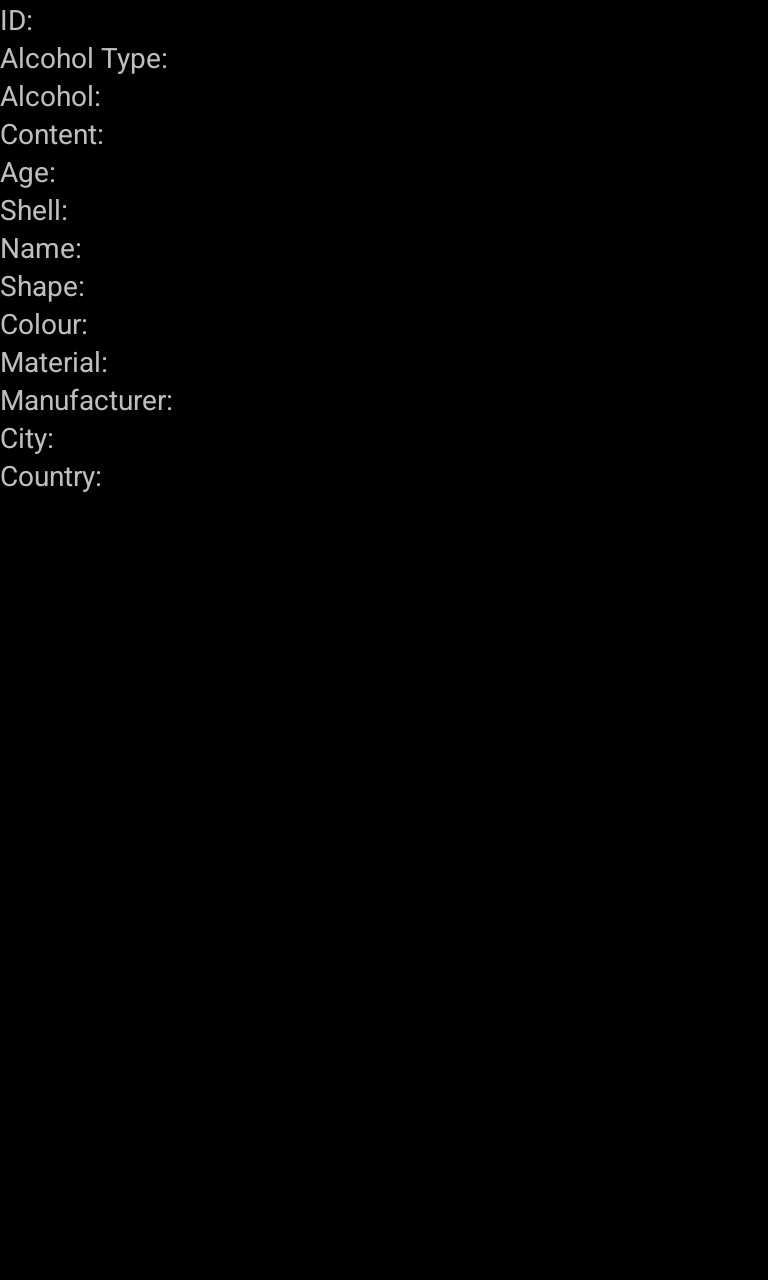
Repository: blagozlatev/Search-Rater
Layout: Catalog-Android-Client/res/layout/show_bottle_layout.xml
These files come from the project's save history. The layout is drawn as it stood at one moment and after a run of saves; the edit follows.
It is drawn on a 768 x 1280 px phone screen (xhdpi) without system bars, with theme android:Theme; the app's code is not run.

Above is the layout before, as saved 2013-03-17 06:48:33.

### Catalog-Android-Client/res/layout/show_bottle_layout.xml
<?xml version="1.0" encoding="utf-8"?>
<ScrollView xmlns:android="http://schemas.android.com/apk/res/android"
    xmlns:tools="http://schemas.android.com/tools"
    android:layout_width="match_parent"
    android:layout_height="match_parent"
    android:orientation="vertical" >

    <TableLayout
        android:layout_width="match_parent"
        android:layout_height="wrap_content"
        android:orientation="vertical"
        android:shrinkColumns="0"
        tools:ignore="SelectableText" >

        <TableRow
            android:layout_width="match_parent"
            android:layout_height="wrap_content" >

            <TextView
                android:layout_width="wrap_content"
                android:layout_height="wrap_content"
                android:text="@string/id_" />

            <TextView
                android:id="@+id/txtViewId"
                android:layout_width="match_parent"
                android:layout_height="wrap_content"
                android:textColor="#528B8B" />
        </TableRow>

        <TableRow
            android:layout_width="match_parent"
            android:layout_height="wrap_content" >

            <TextView
                android:layout_width="wrap_content"
                android:layout_height="wrap_content"
                android:text="@string/alcohol_type_" />

            <TextView
                android:id="@+id/txtViewAlcoholType"
                android:layout_width="match_parent"
                android:layout_height="wrap_content" />
        </TableRow>

        <TableRow
            android:layout_width="match_parent"
            android:layout_height="wrap_content" >

            <TextView
                android:layout_width="wrap_content"
                android:layout_height="wrap_content"
                android:text="@string/alcohol_" />

            <TextView
                android:id="@+id/txtViewAlcohol"
                android:layout_width="match_parent"
                android:layout_height="wrap_content" />
        </TableRow>

        <TableRow
            android:layout_width="match_parent"
            android:layout_height="wrap_content" >

            <TextView
                android:layout_width="wrap_content"
                android:layout_height="wrap_content"
                android:text="@string/content_" />

            <TextView
                android:id="@+id/txtViewContent"
                android:layout_width="match_parent"
                android:layout_height="wrap_content" />
        </TableRow>

        <TableRow
            android:layout_width="match_parent"
            android:layout_height="wrap_content" >

            <TextView
                android:layout_width="wrap_content"
                android:layout_height="wrap_content"
                android:text="@string/age_" />

            <TextView
                android:id="@+id/txtViewAge"
                android:layout_width="match_parent"
                android:layout_height="wrap_content" />
        </TableRow>

        <TableRow
            android:layout_width="match_parent"
            android:layout_height="wrap_content" >

            <TextView
                android:layout_width="wrap_content"
                android:layout_height="wrap_content"
                android:text="@string/shell_" />

            <TextView
                android:id="@+id/txtViewShell"
                android:layout_width="match_parent"
                android:layout_height="wrap_content" />
        </TableRow>

        <TableRow
            android:layout_width="match_parent"
            android:layout_height="wrap_content" >

            <TextView
                android:layout_width="wrap_content"
                android:layout_height="wrap_content"
                android:text="@string/name_" />

            <TextView
                android:id="@+id/txtViewName"
                android:layout_width="match_parent"
                android:layout_height="wrap_content" />
        </TableRow>

        <TableRow
            android:layout_width="match_parent"
            android:layout_height="wrap_content" >

            <TextView
                android:layout_width="wrap_content"
                android:layout_height="wrap_content"
                android:text="@string/shape_" />

            <TextView
                android:id="@+id/txtViewShape"
                android:layout_width="match_parent"
                android:layout_height="wrap_content" />
        </TableRow>

        <TableRow
            android:layout_width="match_parent"
            android:layout_height="wrap_content" >

            <TextView
                android:layout_width="wrap_content"
                android:layout_height="wrap_content"
                android:text="@string/colour_" />

            <TextView
                android:id="@+id/txtViewColour"
                android:layout_width="match_parent"
                android:layout_height="wrap_content" />
        </TableRow>

        <TableRow
            android:layout_width="match_parent"
            android:layout_height="wrap_content" >

            <TextView
                android:layout_width="wrap_content"
                android:layout_height="wrap_content"
                android:text="@string/material_" />

            <TextView
                android:id="@+id/txtViewMaterial"
                android:layout_width="match_parent"
                android:layout_height="wrap_content" />
        </TableRow>

        <TableRow
            android:layout_width="match_parent"
            android:layout_height="wrap_content" >

                        <TextView
                android:layout_width="wrap_content"
                android:layout_height="wrap_content"
                android:text="@string/manufacturer_" />


            <TextView
                android:id="@+id/txtViewManufacturer"
                android:layout_width="match_parent"
                android:layout_height="wrap_content" />
        </TableRow>

        <TableRow
            android:layout_width="match_parent"
            android:layout_height="wrap_content" >

                        <TextView
                android:layout_width="wrap_content"
                android:layout_height="wrap_content"
                android:text="@string/city_" />


            <TextView
                android:id="@+id/txtViewCity"
                android:layout_width="match_parent"
                android:layout_height="wrap_content" />
        </TableRow>

        <TableRow
            android:layout_width="match_parent"
            android:layout_height="wrap_content" >

                        <TextView
                android:layout_width="wrap_content"
                android:layout_height="wrap_content"
                android:text="@string/country_" />

            <TextView
                android:id="@+id/txtViewCountry"
                android:layout_width="match_parent"
                android:layout_height="wrap_content" />
        </TableRow>

        <TableRow
            android:layout_width="match_parent"
            android:layout_height="wrap_content" >

            <TextView
                android:id="@+id/txtViewNote"
                android:layout_width="match_parent"
                android:layout_height="wrap_content"
                android:scrollHorizontally="false"
                android:singleLine="false" />
        </TableRow>

        <TableRow
            android:layout_width="match_parent"
            android:layout_height="wrap_content" >

            <TextView
                android:id="@+id/txtViewContinent"
                android:layout_width="match_parent"
                android:layout_height="wrap_content" />
        </TableRow>

        <ImageView
            android:id="@+id/imgShowBottleImage"
            android:layout_width="match_parent"
            android:layout_height="match_parent"
            android:adjustViewBounds="true"
            android:contentDescription="@string/bottle_image"
            android:scaleType="centerInside" />
    </TableLayout>

</ScrollView>

### Catalog-Android-Client/res/values/strings.xml
<resources>

    <string name="app_name">Miniature Bottles</string>
    <string name="add_bottle">Add Bottle</string>
    <string name="show_bottle">Show Bottle</string>
    <string name="show_all_bottles">Show All Bottles</string>
    <string name="select_image">Select Image</string>
    <string name="continent">Continent</string>
    <string name="note">Note</string>
    <string name="manufacturer">Manufacturer</string>
    <string name="country">Country</string>
    <string name="city">City</string>
    <string name="material">Material</string>
    <string name="colour">Colour</string>
    <string name="shape">Shape</string>
    <string name="name">Name</string>
    <string name="shell">Shell</string>
    <string name="age">Age</string>
    <string name="content">Content</string>
    <string name="alcohol">Alcohol</string>
    <string name="alcohol_type">Alcohol Type</string>
    <string name="id">ID</string>
    <string name="bottle_image">Bottle Image</string>
    <string name="send_bottle">Send Bottle</string>
    <string name="clear_fields">Clear Fields</string>
    <string name="zero">0</string>
    <string name="one">1</string>
    <string name="url_web_app">http://bottlewebapp.apphb.com/Serialized/Post</string>
    <string name="error">Error!</string>
    <string name="parse_error_message">Age or ID is not a number!</string>
    <string name="ok">OK</string>
    <string name="server_error">Server Error!</string>
    <string name="bottle_add_failed">Bottle was NOT added successfully!</string>
    <string name="add_successful">Successful!</string>
    <string name="bottle_add_succeed">Bottle was added successfully!</string>
    <string name="sending">Sending!</string>
    <string name="sending_message">Sending to server!</string>
    <string name="select_image_intent_type">image/*</string>
    <string name="cancel">Cancel</string>
    <string name="enter_bottle_id">Enter bottle ID!</string>
    <string name="please_enter_bottle_id">Please enter bottle ID.</string>
    <string name="please_wait">Please wait!</string>
    <string name="getting_bottle_info">Getting bottle info!</string>
    <string name="url_get_bottle">http://bottlewebapp.apphb.com/Serialized/Index/</string>
    <string name="url_get_bottle_image">http://bottlewebapp.apphb.com/Serialized/GetImageBase/</string>
    <string name="bottleid">BottleID</string>
    <string name="no_bottle">No bottle was get.</string>
    <string name="id_">"ID: "</string>
    <string name="alcohol_type_">"Alcohol Type: "</string>
    <string name="alcohol_">"Alcohol: "</string>
    <string name="content_">"Content: "</string>
    <string name="age_">"Age: "</string>
    <string name="shell_">"Shell: "</string>
    <string name="name_">"Name: "</string>
    <string name="shape_">"Shape: "</string>
    <string name="colour_">"Colour: "</string>
    <string name="material_">"Material: "</string>
    <string name="manufacturer_">"Manufacturer: "</string>
    <string name="city_">"City: "</string>
    <string name="country_">"Country: "</string>
    <string name="note_">"Note: "</string>
    <string name="continent_">"Continent: "</string>

</resources>

After the next 2 saves:
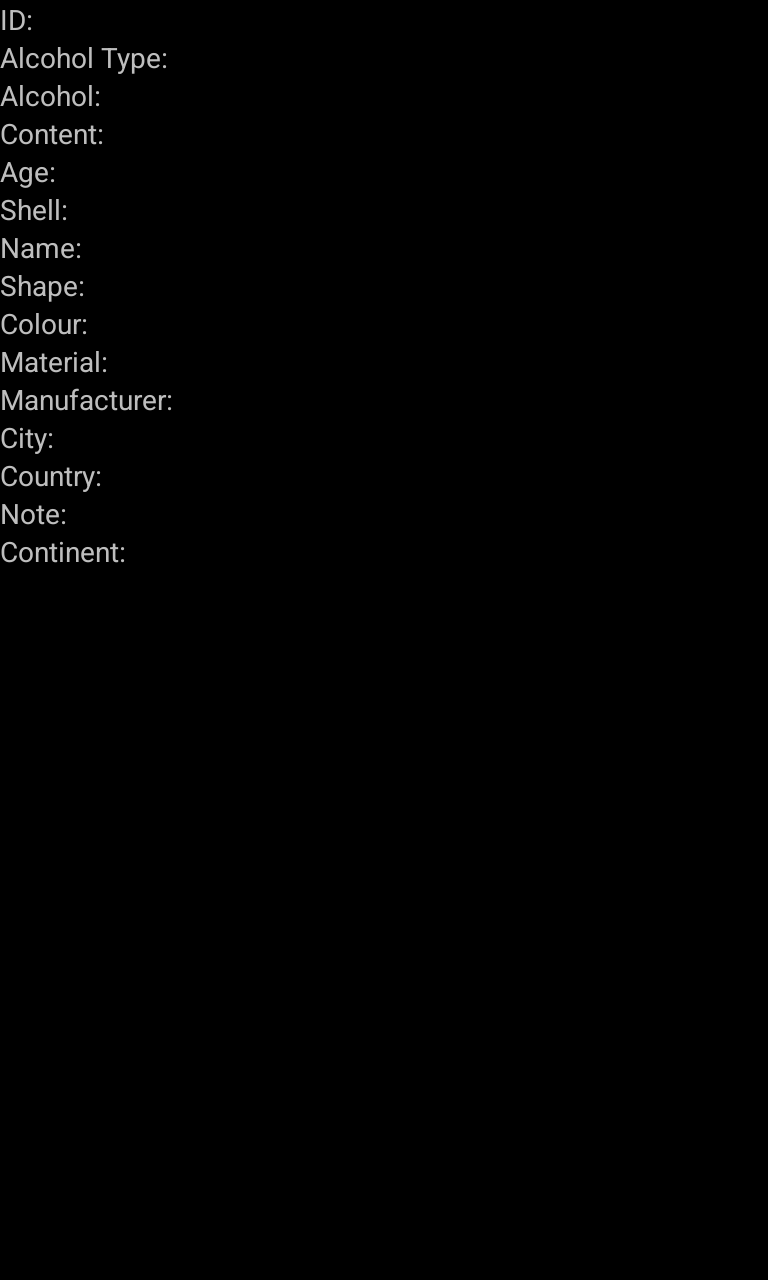
The 2 saves are shown as one change because they came seconds apart.
The last was saved 3 s later.
--- a/Catalog-Android-Client/res/layout/show_bottle_layout.xml
+++ b/Catalog-Android-Client/res/layout/show_bottle_layout.xml
@@ -167,12 +167,11 @@
             android:layout_width="match_parent"
             android:layout_height="wrap_content" >
 
-                        <TextView
+            <TextView
                 android:layout_width="wrap_content"
                 android:layout_height="wrap_content"
                 android:text="@string/manufacturer_" />
 
-
             <TextView
                 android:id="@+id/txtViewManufacturer"
                 android:layout_width="match_parent"
@@ -183,12 +182,11 @@
             android:layout_width="match_parent"
             android:layout_height="wrap_content" >
 
-                        <TextView
+            <TextView
                 android:layout_width="wrap_content"
                 android:layout_height="wrap_content"
                 android:text="@string/city_" />
 
-
             <TextView
                 android:id="@+id/txtViewCity"
                 android:layout_width="match_parent"
@@ -199,7 +197,7 @@
             android:layout_width="match_parent"
             android:layout_height="wrap_content" >
 
-                        <TextView
+            <TextView
                 android:layout_width="wrap_content"
                 android:layout_height="wrap_content"
                 android:text="@string/country_" />
@@ -213,6 +211,11 @@
         <TableRow
             android:layout_width="match_parent"
             android:layout_height="wrap_content" >
+
+            <TextView
+                android:layout_width="wrap_content"
+                android:layout_height="wrap_content"
+                android:text="@string/note_" />
 
             <TextView
                 android:id="@+id/txtViewNote"
@@ -225,6 +228,11 @@
         <TableRow
             android:layout_width="match_parent"
             android:layout_height="wrap_content" >
+
+            <TextView
+                android:layout_width="wrap_content"
+                android:layout_height="wrap_content"
+                android:text="@string/continent_" />
 
             <TextView
                 android:id="@+id/txtViewContinent"
